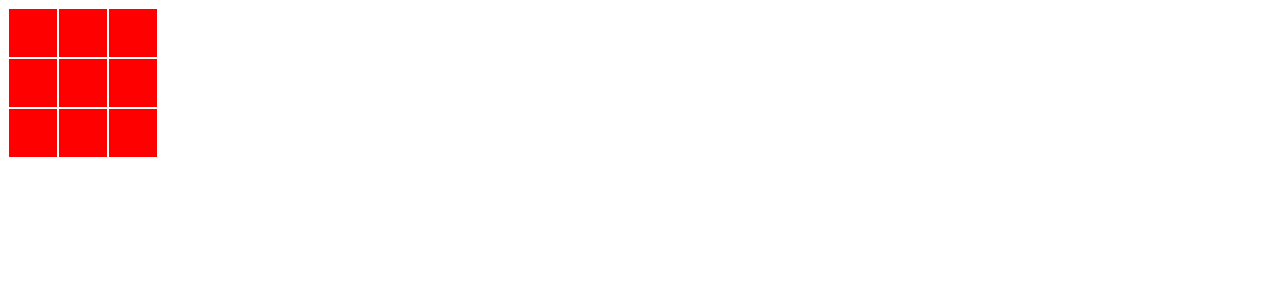
Repository: oliachipko/jsgame
Page: index.html
An editor plug-in stored every save of this project. The page is shown before and after the next save, followed by the edit.
The browser window is 1280 px wide. The pictures show the whole page.

Above is the page before, as saved 2021-03-25 21:12:37.

### index.html

<!DOCTYPE html>
<html lang="en">
<head>
    <meta charset="UTF-8">
    <meta http-equiv="X-UA-Compatible" content="IE=edge">
    <meta name="viewport" content="width=device-width, initial-scale=1.0">
    <link rel="stylesheet" href="style.css">
    <script src="play.js" defer></script>
    <title>Game</title>
</head>
<body>
    <div id="game"></div>

</body>
</html>

### style.css
#game {
    width: 150px;
    height: 150px;
    background-color: red;

}

.block {
    width: 50px;
    height: 50px;
    float: left;
    border: 1px solid white;
    box-sizing: border-box;
}

### play.js
for ( let i = 0; i < 9; i++ ) {
    document.getElementById('game') .innerHTML+='<div class="block"></div>';
}

document.getElementById('game').onclick = function(event) {
    console.log(event);
}

After the next save:
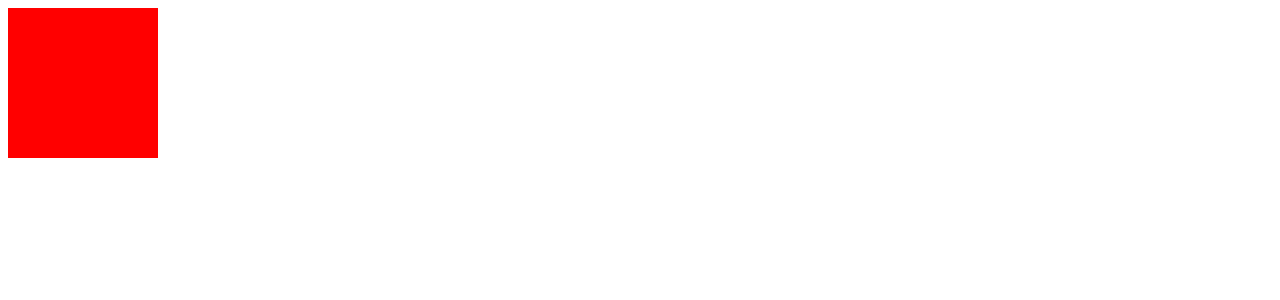
Console error: SyntaxError: Unexpected token ')'
Saved 3 min 41 s later.
--- a/play.js
+++ b/play.js
@@ -4,4 +4,5 @@
 
 document.getElementById('game').onclick = function(event) {
     console.log(event);
+    if() }
 }

After the 2 saves that followed:
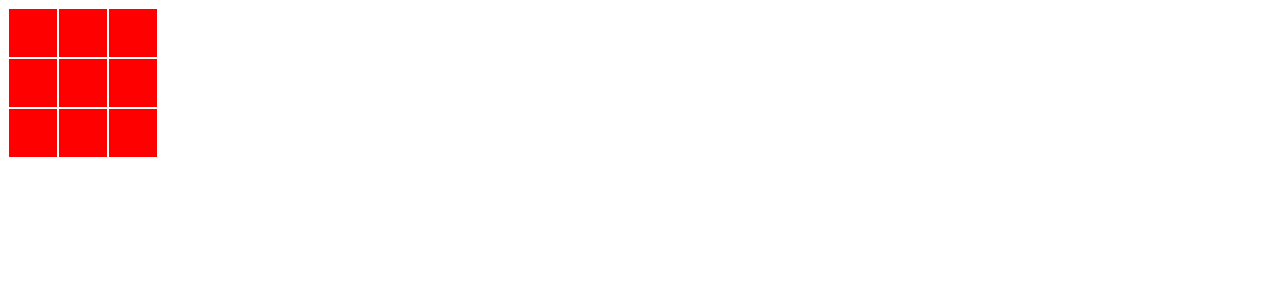
The error is gone.
The 2 saves are shown as one change because 1 left the picture as it was.
The last was saved 73 s later.
--- a/play.js
+++ b/play.js
@@ -4,5 +4,7 @@
 
 document.getElementById('game').onclick = function(event) {
     console.log(event);
-    if() }
+    if(event.target.className == 'block'){
+
+    }
 }
